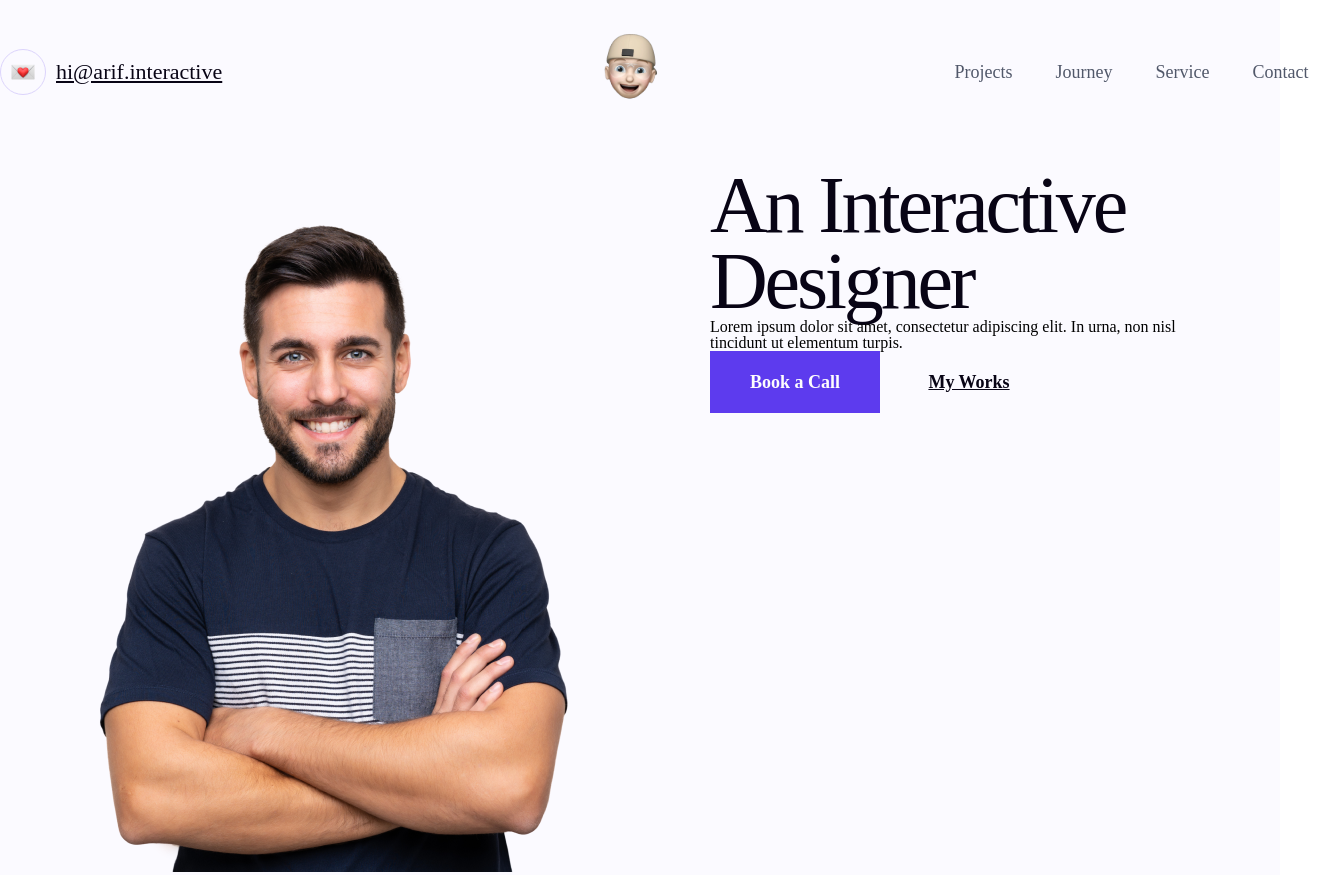
Repository: trantangtuan/project-06-grid-system12column-demo
Page: index.html
An editor plug-in stored every save of this project. The page is shown before and after the next save, followed by the edit.
The browser window is 1280 px wide. The page is 1330 px wide, so the pictures cover 1330 px, including what lies to the right of the window. The pictures show the whole page.

Above is the page before, as saved 2024-07-12 21:25:54.

### index.html
<!DOCTYPE html>
<html lang="en">
  <head>
    <meta charset="UTF-8" />
    <meta name="viewport" content="width=device-width, initial-scale=1.0" />
    <title>Project - 06 - use grid systerm 12 column</title>
    <!-- reset css -->
    <link rel="stylesheet" href="./assets/css/reset.css" />
    <!-- grid css -->
    <link rel="stylesheet" href="./assets/css/grid.css" />
    <!-- style css -->
    <link rel="stylesheet" href="./assets/css/style.css" />
    <!-- responsive css -->
    <link rel="stylesheet" href="./assets/css/responsive.css" />
  </head>
  <body>
    <!-- header -->
    <header class="header">
      <div class="nav">
        <div class="nav__mail">
          <div class="nav__mail-icon">
            <img
              class="nav__mail-img"
              src="./assets/img/mail-icon.png"
              alt="mail icon"
            />
          </div>
          <a
            href="mailto:nguyenvancuong0345723186@gmail.com"
            class="nav__mail-desc"
          >
            hi@arif.interactive
          </a>
        </div>
        <div class="logo">
          <img src="./assets/img/logo-boy.svg" alt="logo" class="logo-img" />
        </div>
        <ul class="navbar">
          <li>
            <a href="#!" class="navbar__item">Projects</a>
          </li>
          <li>
            <a href="#!" class="navbar__item">Journey</a>
          </li>
          <li>
            <a href="#!" class="navbar__item">Service</a>
          </li>
          <li>
            <a href="#!" class="navbar__item">Contact</a>
          </li>
        </ul>
      </div>
    </header>
    <!-- main -->
    <main class="main">
      <!-- hero -->
      <div class="hero">
        <div class="group-rectangle"></div>
        <div class="container">
          <div class="row">
            <div class="col-lg-6">
              <img
                src="./assets/img/hero-img.png"
                alt="image hero"
                class="hero__img"
              />
            </div>
            <div class="col-lg-6">
              <div class="hero__right">
                <h1 class="hero__title">An Interactive Designer</h1>
                <p class="hero__desc">
                  Lorem ipsum dolor sit amet, consectetur adipiscing elit. In
                  urna, non nisl tincidunt ut elementum turpis.
                </p>
                <div class="hero__cta">
                  <a href="#!" class="btn btn__book-call">Book a Call</a>
                  <a href="#!" class="btn btn__my-detail">My Works</a>
                </div>
              </div>
            </div>
          </div>
        </div>
      </div>
    </main>
  </body>
</html>

### assets/css/grid.css
.container,
.container-fluid {
  --spacer: 10px;
  --column-size: 12;
  width: 100%;
  margin-left: auto;
  margin-right: auto;
  padding-left: calc(var(--spacer) / 2);
  padding-right: calc(var(--spacer) / 2);
}

.row {
  display: flex;
  flex-wrap: wrap;

  margin: 0px calc(-1 * var(--spacer) / 2);
}

.gutter-0 {
  --spacer: 0;
}

[class*="offset-"] {
  margin-left: calc(100% / var(--column-size) * var(--offset-value));
}

.offset-1 {
  --offset-value: 1;
}

.offset-2 {
  --offset-value: 2;
}

.offset-3 {
  --offset-value: 3;
}

.offset-4 {
  --offset-value: 4;
}

.offset-5 {
  --offset-value: 5;
}

.offset-6 {
  --offset-value: 6;
}

.offset-7 {
  --offset-value: 7;
}

.offset-8 {
  --offset-value: 8;
}

.offset-9 {
  --offset-value: 9;
}

.offset-10 {
  --offset-value: 10;
}

.offset-11 {
  --offset-value: 11;
}

.col,
.row[class*="row-cols-"] > *,
.row > [class*="col-"] {
  padding-left: calc(var(--spacer) / 2);
  padding-right: calc(var(--spacer) / 2);
}

.row[class*="row-cols-"] > *,
.row > [class*="col-"] {
  flex: 0 0 auto;
}

.row[class*="row-cols-"] > * {
  width: calc(100% / var(--row-cols-number));
}

.row-cols-1 > * {
  --row-cols-number: 1;
}

.row-cols-2 > * {
  --row-cols-number: 2;
}

.row-cols-3 > * {
  --row-cols-number: 3;
}

.row-cols-4 > * {
  --row-cols-number: 4;
}

.row-cols-5 > * {
  --row-cols-number: 5;
}

.row-cols-6 > * {
  --row-cols-number: 6;
}

.row > [class*="col-"] {
  width: calc(100% / var(--column-size) * var(--column-number));
}

.col-1 {
  --column-number: 1;
}

.col-2 {
  --column-number: 2;
}

.col-3 {
  --column-number: 3;
}

.col-4 {
  --column-number: 4;
}

.col-5 {
  --column-number: 5;
}

.col-6 {
  --column-number: 6;
}

.col-7 {
  --column-number: 7;
}

.col-8 {
  --column-number: 8;
}

.col-9 {
  --column-number: 9;
}

.col-10 {
  --column-number: 10;
}

.col-11 {
  --column-number: 11;
}

.col-12 {
  --column-number: 12;
}

/* // Small devices (landscape phones, 576px and up) */
@media (min-width: 576px) {
  .container {
    --spacer: 20px;
    width: 540px;
  }

  .gutter-sm-0 {
    --spacer: 0;
  }

  .offset-sm-1 {
    --offset-value: 1;
  }

  .offset-sm-2 {
    --offset-value: 2;
  }

  .offset-sm-3 {
    --offset-value: 3;
  }

  .offset-sm-4 {
    --offset-value: 4;
  }

  .offset-sm-5 {
    --offset-value: 5;
  }

  .offset-sm-6 {
    --offset-value: 6;
  }

  .offset-sm-7 {
    --offset-value: 7;
  }

  .offset-sm-8 {
    --offset-value: 8;
  }

  .offset-sm-9 {
    --offset-value: 9;
  }

  .offset-sm-10 {
    --offset-value: 10;
  }

  .offset-sm-11 {
    --offset-value: 11;
  }

  .col-sm-1 {
    --column-number: 1;
  }

  .col-sm-2 {
    --column-number: 2;
  }

  .col-sm-3 {
    --column-number: 3;
  }

  .col-sm-4 {
    --column-number: 4;
  }

  .col-sm-5 {
    --column-number: 5;
  }

  .col-sm-6 {
    --column-number: 6;
  }

  .col-sm-7 {
    --column-number: 7;
  }

  .col-sm-8 {
    --column-number: 8;
  }

  .col-sm-9 {
    --column-number: 9;
  }

  .col-sm-10 {
    --column-number: 10;
  }

  .col-sm-11 {
    --column-number: 11;
  }

  .col-sm-12 {
    --column-number: 12;
  }

  .row-cols-sm-1 > * {
    --row-cols-number: 1;
  }

  .row-cols-sm-2 > * {
    --row-cols-number: 2;
  }

  .row-cols-sm-3 > * {
    --row-cols-number: 3;
  }

  .row-cols-sm-4 > * {
    --row-cols-number: 4;
  }

  .row-cols-sm-5 > * {
    --row-cols-number: 5;
  }

  .row-cols-sm-6 > * {
    --row-cols-number: 6;
  }
}

/* // Medium devices (tablets, 768px and up) */
@media (min-width: 768px) {
  .container {
    width: 720px;
  }

  .gutter-md-0 {
    --spacer: 0;
  }

  .offset-md-1 {
    --offset-value: 1;
  }

  .offset-md-2 {
    --offset-value: 2;
  }

  .offset-md-3 {
    --offset-value: 3;
  }

  .offset-md-4 {
    --offset-value: 4;
  }

  .offset-md-5 {
    --offset-value: 5;
  }

  .offset-md-6 {
    --offset-value: 6;
  }

  .offset-md-7 {
    --offset-value: 7;
  }

  .offset-md-8 {
    --offset-value: 8;
  }

  .offset-md-9 {
    --offset-value: 9;
  }

  .offset-md-10 {
    --offset-value: 10;
  }

  .offset-md-11 {
    --offset-value: 11;
  }

  .col-md-1 {
    --column-number: 1;
  }

  .col-md-2 {
    --column-number: 2;
  }

  .col-md-3 {
    --column-number: 3;
  }

  .col-md-4 {
    --column-number: 4;
  }

  .col-md-5 {
    --column-number: 5;
  }

  .col-md-6 {
    --column-number: 6;
  }

  .col-md-7 {
    --column-number: 7;
  }

  .col-md-8 {
    --column-number: 8;
  }

  .col-md-9 {
    --column-number: 9;
  }

  .col-md-10 {
    --column-number: 10;
  }

  .col-md-11 {
    --column-number: 11;
  }

  .col-md-12 {
    --column-number: 12;
  }

  .row-cols-md-1 > * {
    --row-cols-number: 1;
  }

  .row-cols-md-2 > * {
    --row-cols-number: 2;
  }

  .row-cols-md-3 > * {
    --row-cols-number: 3;
  }

  .row-cols-md-4 > * {
    --row-cols-number: 4;
  }

  .row-cols-md-5 > * {
    --row-cols-number: 5;
  }

  .row-cols-md-6 > * {
    --row-cols-number: 6;
  }
}

/* // Large devices (desktops, 992px and up) */
@media (min-width: 992px) {
  .container {
    width: 960px;
    --spacer: 30px;
  }

  .gutter-lg-0 {
    --spacer: 0;
  }

  .offset-lg-1 {
    --offset-value: 1;
  }

  .offset-lg-2 {
    --offset-value: 2;
  }

  .offset-lg-3 {
    --offset-value: 3;
  }

  .offset-lg-4 {
    --offset-value: 4;
  }

  .offset-lg-5 {
    --offset-value: 5;
  }

  .offset-lg-6 {
    --offset-value: 6;
  }

  .offset-lg-7 {
    --offset-value: 7;
  }

  .offset-lg-8 {
    --offset-value: 8;
  }

  .offset-lg-9 {
    --offset-value: 9;
  }

  .offset-lg-10 {
    --offset-value: 10;
  }

  .offset-lg-11 {
    --offset-value: 11;
  }

  .col-lg-1 {
    --column-number: 1;
  }

  .col-lg-2 {
    --column-number: 2;
  }

  .col-lg-3 {
    --column-number: 3;
  }

  .col-lg-4 {
    --column-number: 4;
  }

  .col-lg-5 {
    --column-number: 5;
  }

  .col-lg-6 {
    --column-number: 6;
  }

  .col-lg-7 {
    --column-number: 7;
  }

  .col-lg-8 {
    --column-number: 8;
  }

  .col-lg-9 {
    --column-number: 9;
  }

  .col-lg-10 {
    --column-number: 10;
  }

  .col-lg-11 {
    --column-number: 11;
  }

  .col-lg-12 {
    --column-number: 12;
  }

  .row-cols-lg-1 > * {
    --row-cols-number: 1;
  }

  .row-cols-lg-2 > * {
    --row-cols-number: 2;
  }

  .row-cols-lg-3 > * {
    --row-cols-number: 3;
  }

  .row-cols-lg-4 > * {
    --row-cols-number: 4;
  }

  .row-cols-lg-5 > * {
    --row-cols-number: 5;
  }

  .row-cols-lg-6 > * {
    --row-cols-number: 6;
  }
}

/* // X-Large devices (large desktops, 1200px and up) */
@media (min-width: 1200px) {
  .container {
    width: 1170px;
  }

  .gutter-xl-0 {
    --spacer: 0;
  }

  .offset-xl-1 {
    --offset-value: 1;
  }

  .offset-xl-2 {
    --offset-value: 2;
  }

  .offset-xl-3 {
    --offset-value: 3;
  }

  .offset-xl-4 {
    --offset-value: 4;
  }

  .offset-xl-5 {
    --offset-value: 5;
  }

  .offset-xl-6 {
    --offset-value: 6;
  }

  .offset-xl-7 {
    --offset-value: 7;
  }

  .offset-xl-8 {
    --offset-value: 8;
  }

  .offset-xl-9 {
    --offset-value: 9;
  }

  .offset-xl-10 {
    --offset-value: 10;
  }

  .offset-xl-11 {
    --offset-value: 11;
  }

  .col-xl-1 {
    --column-number: 1;
  }

  .col-xl-2 {
    --column-number: 2;
  }

  .col-xl-3 {
    --column-number: 3;
  }

  .col-xl-4 {
    --column-number: 4;
  }

  .col-xl-5 {
    --column-number: 5;
  }

  .col-xl-6 {
    --column-number: 6;
  }

  .col-xl-7 {
    --column-number: 7;
  }

  .col-xl-8 {
    --column-number: 8;
  }

  .col-xl-9 {
    --column-number: 9;
  }

  .col-xl-10 {
    --column-number: 10;
  }

  .col-xl-11 {
    --column-number: 11;
  }

  .col-xl-12 {
    --column-number: 12;
  }

  .row-cols-xl-1 > * {
    --row-cols-number: 1;
  }

  .row-cols-xl-2 > * {
    --row-cols-number: 2;
  }

  .row-cols-xl-3 > * {
    --row-cols-number: 3;
  }

  .row-cols-xl-4 > * {
    --row-cols-number: 4;
  }

  .row-cols-xl-5 > * {
    --row-cols-number: 5;
  }

  .row-cols-xl-6 > * {
    --row-cols-number: 6;
  }
}

### assets/css/style.css
:root {
  --primary-color: #5d3bee;
  --secondary-color: #51586a;
}

*,
::after,
::before {
  box-sizing: border-box;
}

html {
  font-size: 62.5%;
}

body {
  font-size: 1.6rem;
}

.item {
  /* width: 33.3333%; */
  border: 1px dashed orange;
  flex: 1 0;
}

/* ======================common======================== */

a {
  text-decoration: none;
  color: var(--secondary-color);
  font-size: 1.8rem;
  font-style: normal;
  font-weight: 400;
}

.btn {
  display: inline-block;
  height: 62px;
  min-width: 170px;
  background-color: var(--primary-color);
  padding: 0px 8px;
  color: #fdfdfd;
  font-size: 1.8rem;
  font-style: normal;
  font-weight: 700;
  line-height: 62px;
  text-align: center;
}

/* ==========================header========================= */

.header {
  background-color: #fbfaff;
  padding-top: 20px;
}

.nav {
  width: 1330px;
  margin: 0px auto;
  display: flex;
  align-items: center;
}

.nav__mail {
  display: flex;
  align-items: center;
  gap: 0 10px;
}

.nav__mail-icon {
  width: 46px;
  height: 46px;
  border-radius: 50%;
  border: 1px solid #dcd4fc;
  display: flex;
  align-items: center;
  justify-content: center;
}

.nav__mail-desc {
  color: #080415;
  font-size: 2.2rem;
  font-style: normal;
  font-weight: 500;
  line-height: 136.364%;
  text-decoration: underline;
}

.logo {
  margin-left: 357px;
}

.logo-img {
  height: 100px;
  width: 100px;
}

.navbar {
  margin-left: auto;
  display: flex;
  align-items: center;
}

.navbar__item {
  padding: 8px 21.5px;
}

/* ========================main================== */
/* hero */

.hero {
  padding-top: 44px;
  background-color: #fbfaff;
}

.hero__img {
  width: 514px;
}

.hero__right {
  width: 500px;
  margin-left: auto;
}

.hero__title {
  color: #080415;
  font-size: 8rem;
  font-style: normal;
  font-weight: 500;
  line-height: 95%;
  letter-spacing: -3.2px;
}

.btn__my-detail {
  background-color: transparent;
  color: #080415;
  text-decoration: underline;
}

Loaded but not shown: assets/css/reset.css (common file); assets/css/responsive.css (no stored copy; drawn as an empty file)

After the next save:
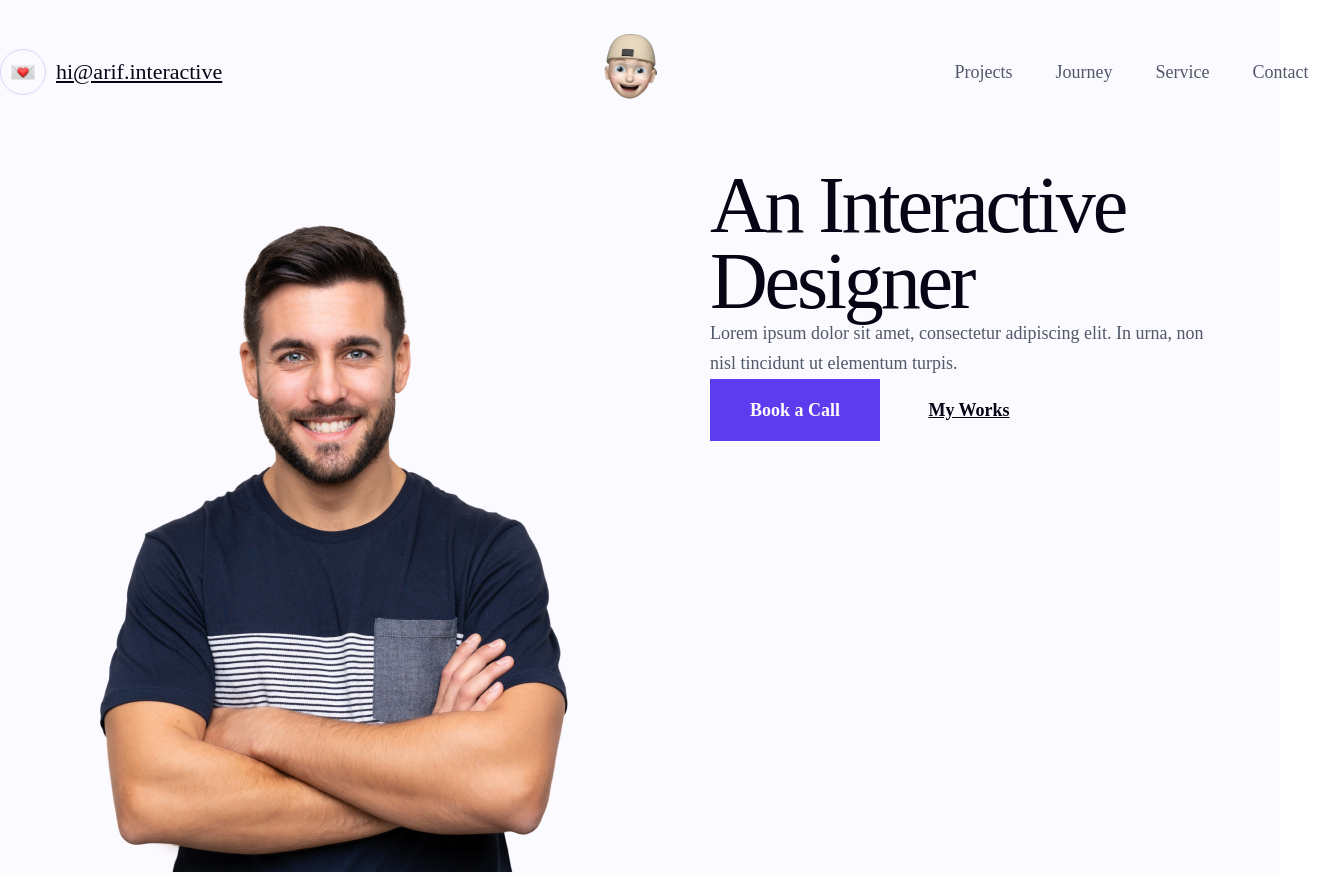
Saved 2 min 7 s later.
--- a/assets/css/style.css
+++ b/assets/css/style.css
@@ -131,6 +131,14 @@ a {
   letter-spacing: -3.2px;
 }
 
+.hero__desc {
+  color: #51586a;
+  font-size: 1.8rem;
+  font-style: normal;
+  font-weight: 400;
+  line-height: 166.667%;
+}
+
 .btn__my-detail {
   background-color: transparent;
   color: #080415;
